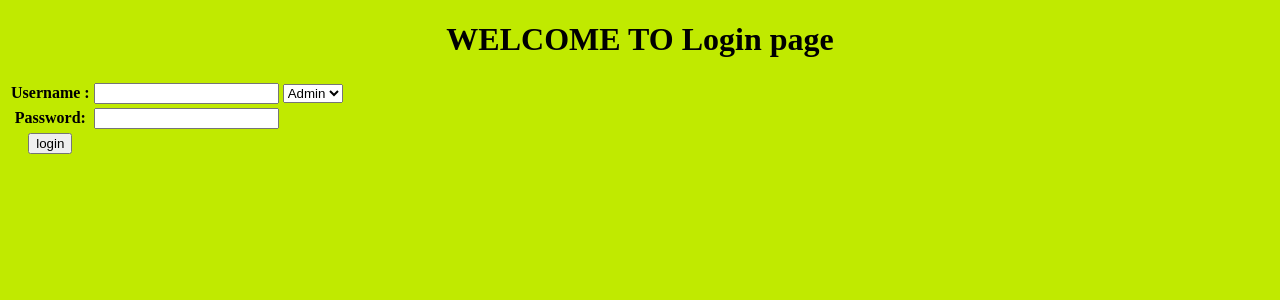
Repository: talkgunish/JAVA-WORLD
Page: advance_java/my_eclipse_java_proj/cookie_session/Filter/WebContent/login.html
The author's editor kept a copy of each file at every save. The page is drawn from the files as they stood at one save, then again after the next save.
The browser window is 1280 px wide. The pictures show the whole page.

Above is the page before, as saved 2018-06-21 09:08:27.

After the next save:
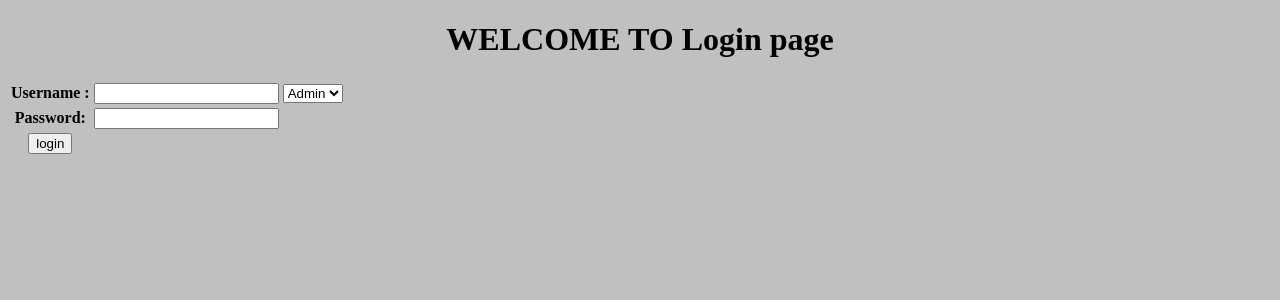
Saved 9 s later.
--- a/advance_java/my_eclipse_java_proj/cookie_session/Filter/WebContent/login.html
+++ b/advance_java/my_eclipse_java_proj/cookie_session/Filter/WebContent/login.html
@@ -4,7 +4,7 @@
 <meta charset="ISO-8859-1">
 <title>Insert title here</title>
 </head>
-<body bgcolor='cream' align='center'>
+<body bgcolor='silver' align='center'>
 <form action='login' method='post'>
 
 <h1>WELCOME TO Login page</h1>
